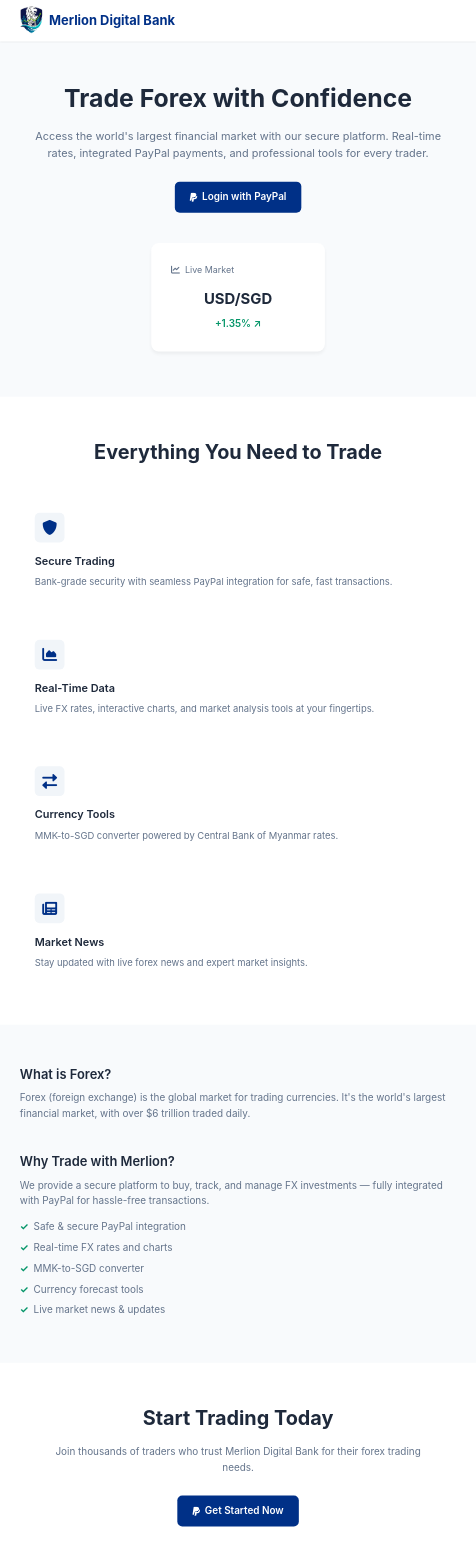
Repository: MayThetNaingBo/MerlionFX-app
Page: http://localhost/
These files come from the project's save history. The page is drawn as it stood at one moment and after the next save; the edit follows.
The browser window is 768 px wide. The pictures show the whole page, at 62% of full size.
The page is served by the project's application, run on Flask 3 (app.py).

Above is the page before, as saved 2025-08-07 23:41:16.

After the next save:
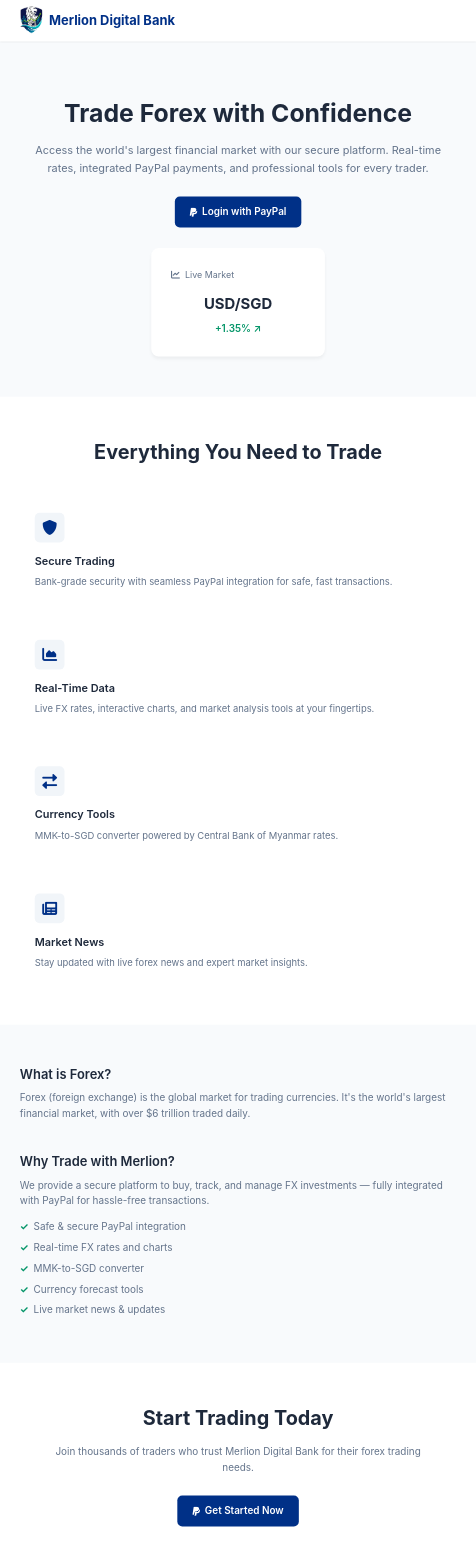
Saved 14 s later.
--- a/templates/index.html
+++ b/templates/index.html
@@ -340,7 +340,7 @@
                 grid-template-columns: 1fr;
                 gap: 2rem;
                 text-align: center;
-                padding: 8rem 2rem 4rem;
+                padding: 10rem 2rem 4rem;
             }
 
             .hero-content h1 {
